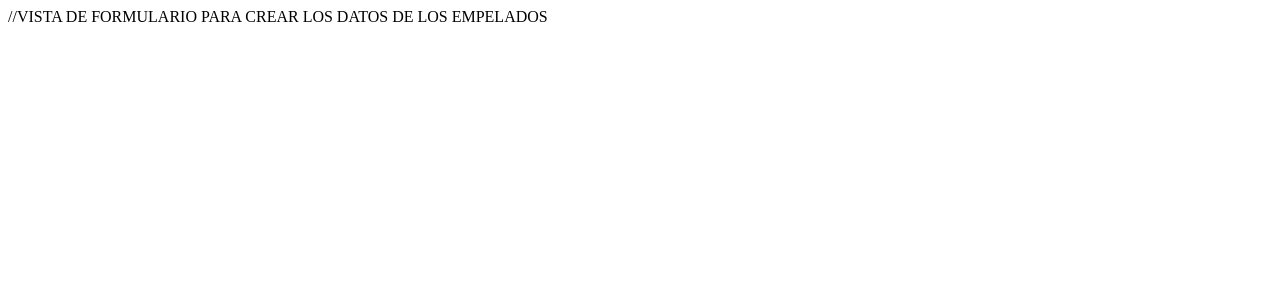
Repository: LionardoGomiz/CRUD-LARAVEL
Page: http://localhost/empleado/create
An editor plug-in stored every save of this project. The page is shown before and after the next save, followed by the edit.
The browser window is 1280 px wide. The pictures show the whole page.
The page is served by the project's Laravel application, run on PHP 8.4 with Laravel 8. Other server files are loaded and not shown.

Above is the page before, as saved 2021-08-03 08:25:19.

### CRUD-Laravel/routes/web.php
<?php

use Illuminate\Support\Facades\Route;
use App\Http\Controllers\EmpleadoController; //IMPORTAR EL CONTROLADOR A USAR
/*
|--------------------------------------------------------------------------
| Web Routes
|--------------------------------------------------------------------------
|
| Here is where you can register web routes for your application. These
| routes are loaded by the RouteServiceProvider within a group which
| contains the "web" middleware group. Now create something great!
|
*/

Route::get('/', function () {
    return view('welcome');
});

//RUTA PARA ACCEDER A MIS VISTAS
Route::get('/empleado', function () {
    return view('empleado.index');
});

//RUTA PARA ACCEDER A LOS METODOS DE MI CONTROLADOR DE FORMA INDIVIDUAL
Route::get('/empleado/create', [EmpleadoController::class,'create']);

//RUTA PARA ACCEDER A TODOS LOS METODOS DE MI CONTROLADOR
Route::resource('empleado',EmpleadoController::class);

### CRUD-Laravel/app/Http/Controllers/EmpleadoController.php
<?php

namespace App\Http\Controllers;

use App\Models\Empleado;
use Illuminate\Http\Request;

class EmpleadoController extends Controller
{
    /**
     * Display a listing of the resource.
     *
     * @return \Illuminate\Http\Response
     */
    public function index()
    {
        //FUNCION ACCEDER A VISTA
        $datos['empleados']= Empleado::paginate(5);
        return view('empleado.index',$datos);
    }

    /**
     * Show the form for creating a new resource.
     *
     * @return \Illuminate\Http\Response
     */
    public function create()
    {
        //FUNCION INSERTAR DATOS
        return view('empleado.create');
    }

    /**
     * Store a newly created resource in storage.
     *
     * @param  \Illuminate\Http\Request  $request
     * @return \Illuminate\Http\Response
     */
    public function store(Request $request)
    {
        //FUNCION OBTENER DATOS
        //$datosEmpleado = request()->all();
        $datosEmpleado = request()->except('_token'); //QUITAR TOKEN
        //PREGUNTAMOS QUE HACE CUANDO EL INNPUT FILE DETECTA AL ARCHIVO Y ELEGIMOS SU UBNICACION
        if($request->hasFile('Foto')){
            $datosEmpleado['Foto']=$request->file('Foto')->store('uploads','public');
        }
        Empleado::insert($datosEmpleado);
        return response()->json($datosEmpleado);
    }

    /**
     * Display the specified resource.
     *
     * @param  \App\Models\Empleado  $empleado
     * @return \Illuminate\Http\Response
     */
    public function show(Empleado $empleado)
    {
        //
    }

    /**
     * Show the form for editing the specified resource.
     *
     * @param  \App\Models\Empleado  $empleado
     * @return \Illuminate\Http\Response
     */
    public function edit(Empleado $empleado)
    {
        //

    }

    /**
     * Update the specified resource in storage.
     *
     * @param  \Illuminate\Http\Request  $request
     * @param  \App\Models\Empleado  $empleado
     * @return \Illuminate\Http\Response
     */
    public function update(Request $request, Empleado $empleado)
    {
        //
    }

    /**
     * Remove the specified resource from storage.
     *
     * @param  \App\Models\Empleado  $empleado
     * @return \Illuminate\Http\Response
     */
    public function destroy($id)
    {
        //ELIMINAR DATOS
        Empleado::destroy(($id));
        return redirect('empleado');

    }
}

### CRUD-Laravel/resources/views/empleado/create.blade.php
//VISTA DE FORMULARIO PARA CREAR LOS DATOS DE LOS EMPELADOS
<form action="{{ URL('/empleado')}}" method="POST" enctype="multipart/form-data">
    @csrf

</form>

### CRUD-Laravel/resources/views/empleado/form.blade.php
//VISTA DE FORMULARIO PARA CREAR Y EDITAR LOS DATOS DE LOS EMPELADOS
<label for="Nombre">Nombre</label>
<input type="text" name="Nombre" id="Nombre">
<br>
    <label for="ApellidoPaterno">Apellido Paterno</label>
<input type="text" name="ApellidoPaterno" id="ApellidoPaterno">
<br>
    <label for="ApellidoMaterno">Apellido Materno</label>
<input type="text" name="ApellidoMaterno" id="ApellidoMaterno">
<br>
    <label for="Correo">Correo</label>
<input type="text" name="Correo" id="Correo">
<br>
    <label for="Foto">Foto</label>
<input type="file" name="Foto" id="Foto">
<br>
    <label for=""></label>
<input type="submit"  value="Guardar datos">
<br>

Loaded but not shown: CRUD-Laravel/app/Http/Controllers/Controller.php (common file)

After the next save:
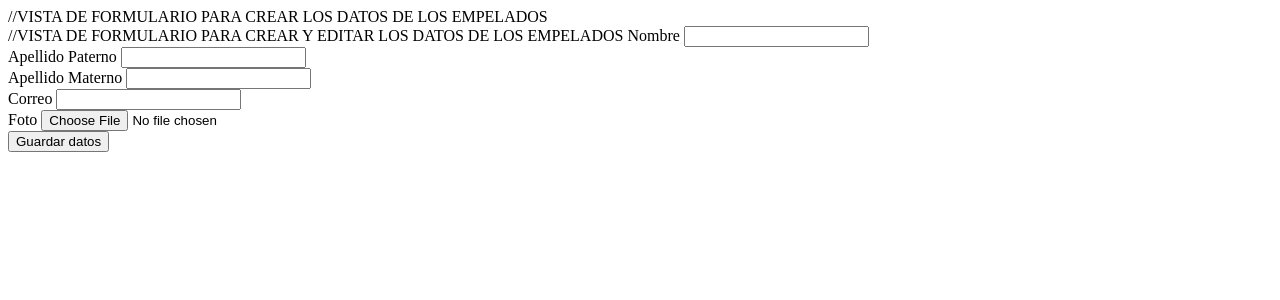
Saved 61 s later.
--- a/CRUD-Laravel/resources/views/empleado/create.blade.php
+++ b/CRUD-Laravel/resources/views/empleado/create.blade.php
@@ -1,5 +1,5 @@
 //VISTA DE FORMULARIO PARA CREAR LOS DATOS DE LOS EMPELADOS
 <form action="{{ URL('/empleado')}}" method="POST" enctype="multipart/form-data">
     @csrf
-
+    @include('empleado.form')
 </form>
